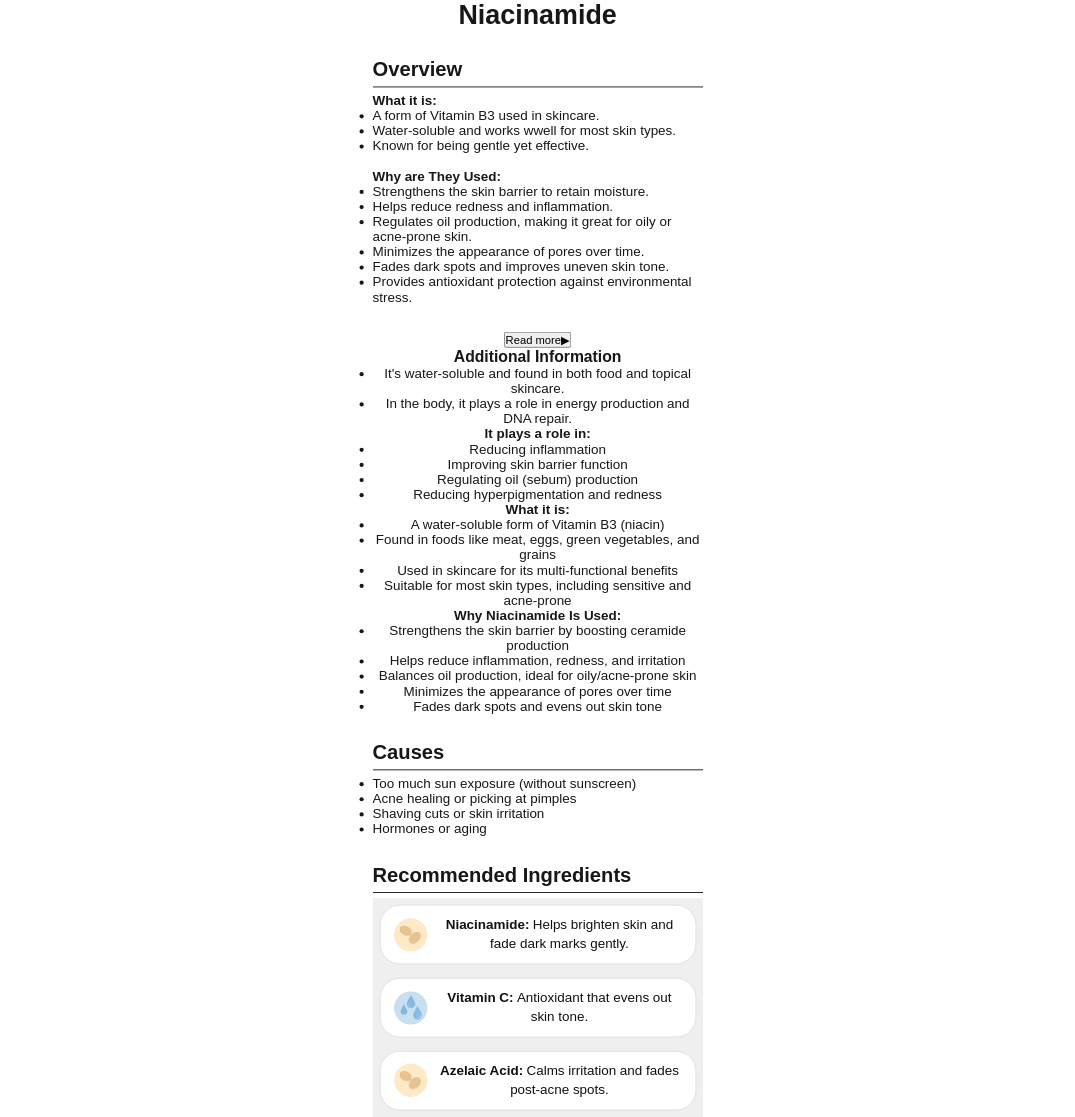
Repository: Esteb4ncd/DermaKnight_WebApp
Page: / (app in dermaknight/)
An editor plug-in stored every save of this project. The page is shown before and after the next save, followed by the edit.
The browser window is 1280 px wide. The pictures show the whole page, at 84% of full size.
The project was rebuilt for these pictures with package versions that can differ from the ones it lists, and the page was loaded fresh each time. The framework's server and built-in components were replaced by stand-ins that run in the browser. Also part of the build but not shown: dermaknight/next.config.mjs, dermaknight/app/page.module.css, dermaknight/app/ui/toggleDropdown/toggleDropdown.module.css.

Above is the page before, as saved 2025-05-12 13:25:47.

After the next save:
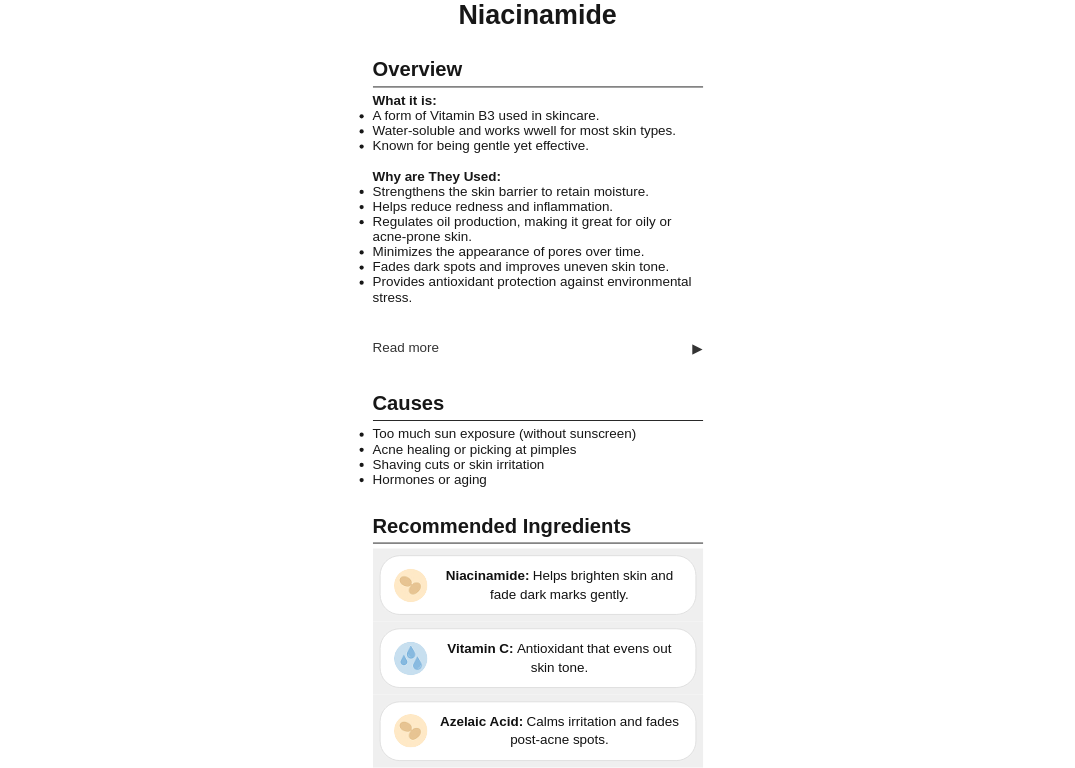
Saved 20 s later.
--- a/dermaknight/app/globals.css
+++ b/dermaknight/app/globals.css
@@ -24,6 +24,35 @@ header {
 }
 
 /* Ingredients Page Styling */
+.toggle-button {
+    display: flex;
+    justify-content: space-between;
+    width: 100%;
+    border: none;
+    background: none;
+    font-size: 16px;
+    padding: 10px 0;
+    cursor: pointer;
+    color: #333;
+}
+
+#dropdownContent {
+    padding: 10px;
+    border-top: 1px solid #000;
+    font-size: 14px;
+}
+
+.hidden {
+    display: none;
+}
+
+#arrow {
+    transition: transform 0.3s ease;
+}
+
+.rotated {
+    transform: rotate(180deg);
+}
 
 
 /* Variables Etc */
